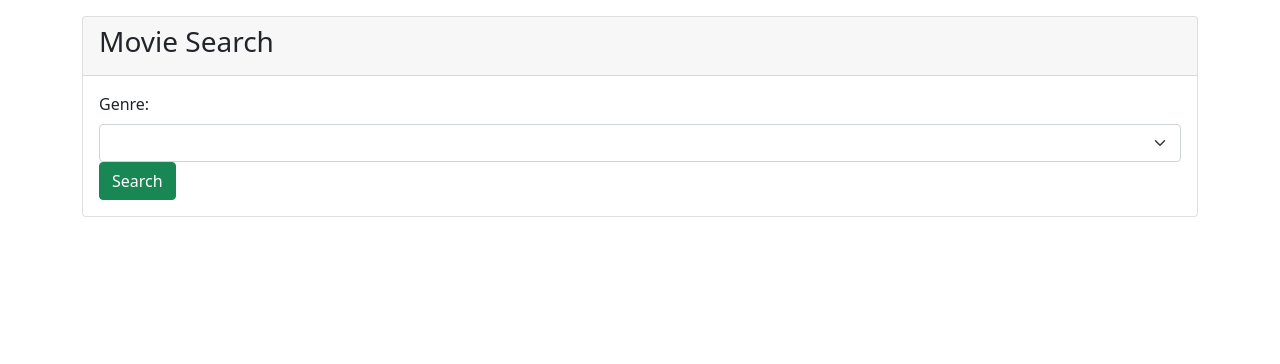
Repository: deepcloudlabs/dcl372-2022-jan-04
Page: imdb-boot/src/main/webapp/index.html
An editor plug-in stored every save of this project. The page is shown before and after the next save, followed by the edit.
The browser window is 1280 px wide. The pictures show the whole page.
The page's requests for data from a server got no answer.

Above is the page before, as saved 2022-01-04 19:25:04.

After the next save:
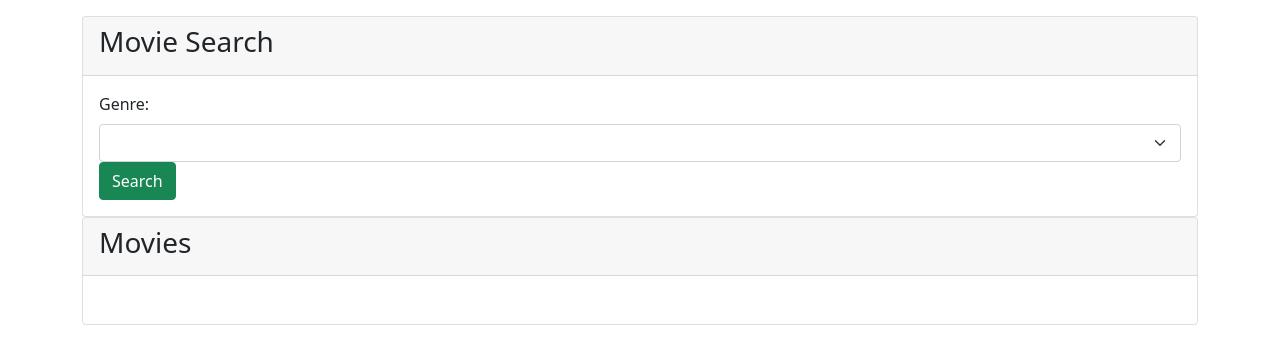
Saved 2 min 49 s later.
--- a/imdb-boot/src/main/webapp/index.html
+++ b/imdb-boot/src/main/webapp/index.html
@@ -26,6 +26,15 @@
 			</div>
 		</div>
 	</div>
+	<div class="card">
+		<div class="card-header">
+			<h3><span class="card-title">Movies</span></h3>
+		</div>
+		<div class="card-body">
+		<table class="table table-bordered table-responsive table-striped">
+		</table>
+		</div>
+	</div>
 </div>
 
 <body>
